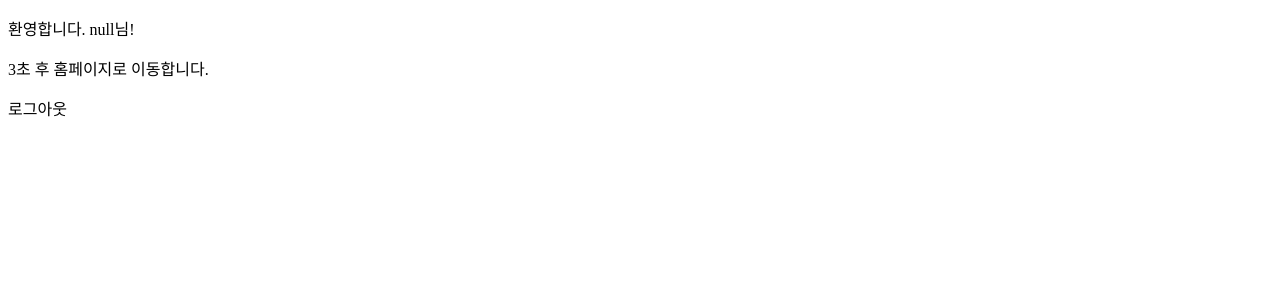
Repository: whdghks9241/Servlet-JSP-Workspace
Page: http://localhost/login_logout2/login_success.jsp
These files come from the project's save history. The page is drawn as it stood at one moment and after the next save; the edit follows.
The browser window is 1280 px wide. The pictures show the whole page.
The page is served by Tomcat 9. Other server files are loaded and not shown.

Above is the page before, as saved 2023-11-08 02:16:11.
Console error: TypeError: Cannot set properties of undefined (setting 'href')

### login_logout2/src/main/webapp/login_success.jsp
<%@ page language="java" contentType="text/html; charset=EUC-KR"
    pageEncoding="EUC-KR"%>
<!DOCTYPE html>
<html>
<head>
<meta charset="EUC-KR">
<title>로그인성공</title>
<script>
	// 3초 후 홈페이지로 이동하는 javascript ;
	setTimeout(function() {
		// 이동할 페이지 경로 설정
		window.loction.href="home.jsp";

	}, 3000);


</script>
</head>
<body>
<!-- 로그인 성공할 경우 세션에 저장된 사용자 이름 가져오기 -->
<% String ID = (String) session.getAttribute("ID");%>
<p> 환영합니다. <%=ID%>님!</p>
<p> 3초 후 홈페이지로 이동합니다.</p>
<p> <a herf="logout"> 로그아웃</a></p>
</body>
</html>

After the next save:
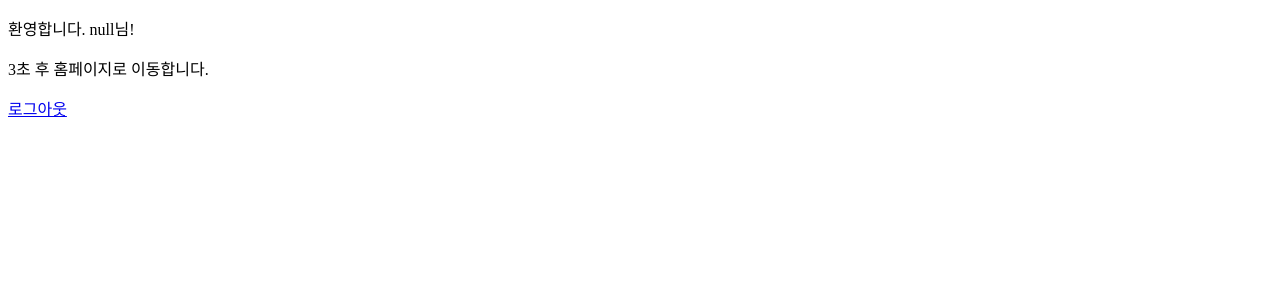
Saved 80 s later.
--- a/login_logout2/src/main/webapp/login_success.jsp
+++ b/login_logout2/src/main/webapp/login_success.jsp
@@ -21,6 +21,6 @@
 <% String ID = (String) session.getAttribute("ID");%>
 <p> 환영합니다. <%=ID%>님!</p>
 <p> 3초 후 홈페이지로 이동합니다.</p>
-<p> <a herf="logout"> 로그아웃</a></p>
+<p> <a href="logout"> 로그아웃</a></p>
 </body>
 </html>
